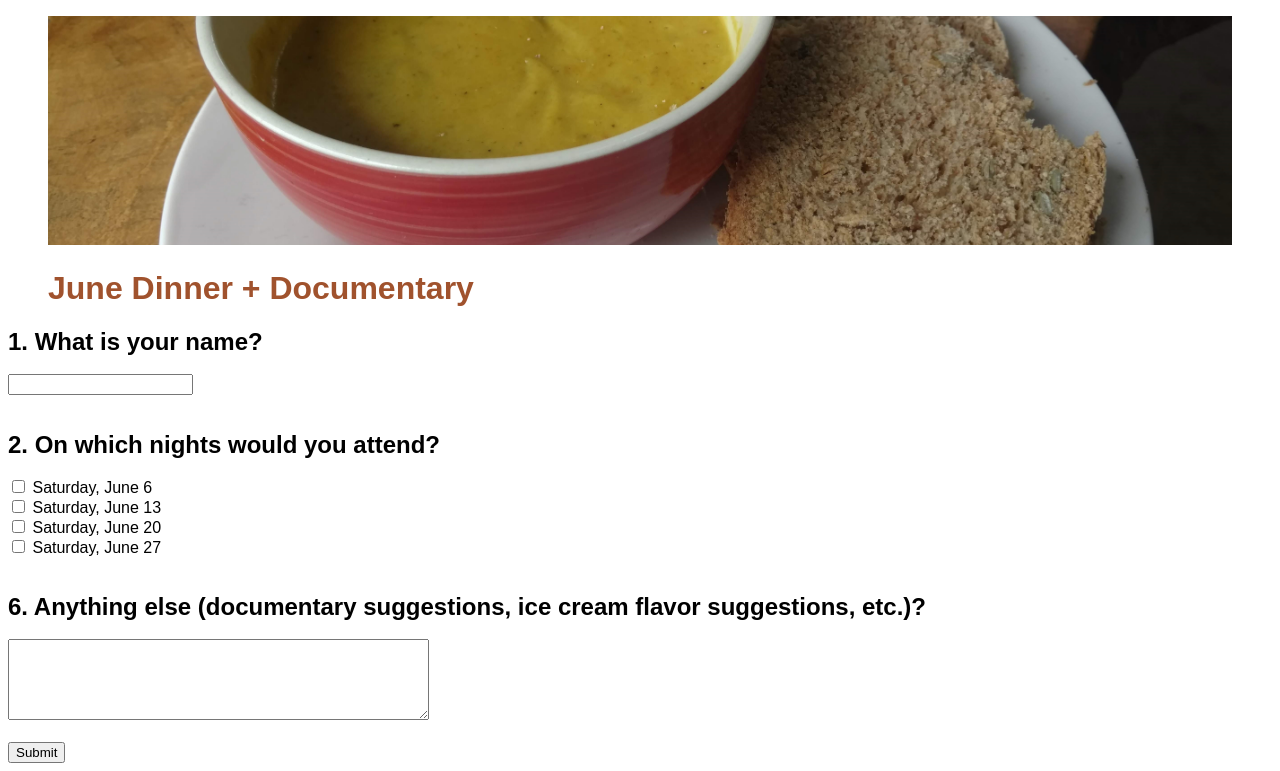
Repository: bhuhmann/event-survey
Page: survey.html
An editor plug-in stored every save of this project. The page is shown before and after the next save, followed by the edit.
The browser window is 1280 px wide. The pictures show the whole page.

Above is the page before, as saved 2020-04-01 17:51:15.

### survey.html
<!DOCTYPE html>
<html>

    <head>
        <title>June Dinner + Documentary</title>
        <link href="style.css" rel="stylesheet" type="text/css">
    </head>

    <header>
        <figure>
            <img src="image/bread_soup_crop3.jpg" alt="Bread and soup" style="width:100%;">
            <h1>June Dinner + Documentary</h1>
        </figure>
    </header>

    <body>
        <!--TODO: form needs an action="" something, but I don't know how this works yet-->
        <form method="GET">
            <!--TODO: consider if further data validation would be useful-->
            <!--TODO: can I make automatic numbering happen so that I can easily reorder/add/remove questions?-->
            <!--TODO: make question font larger than answer font-->
            <label for="name" class="question">1. What is your name?</label>
            <br>
            <br>
            <input id="name" type="text" name="name" required>
            <br>
            <br>
            <br>
            <span class="question">2. On which nights would you attend?</span>
            <br>
            <br>
            <!--TODO: consider what date value should be for proper input into database-->
            <input id="june-6" type="checkbox" name="dates" value="Saturday, June 6">
            <label for="june-6">Saturday, June 6</label>
            <br>
            <input id="june-13" type="checkbox" name="dates" value="Saturday, June 13">
            <label for="june-13">Saturday, June 13</label>
            <br>
            <input id="june-20" type="checkbox" name="dates" value="Saturday, June 20">
            <label for="june-20">Saturday, June 20</label>
            <br>
            <input id="june-27" type="checkbox" name="dates" value="Saturday, June 27">
            <label for="june-27">Saturday, June 27</label>
            <br>
            <br>
            <!--The idea for the ranked-choice options is to do a drag-and-drop implementation similar to what
            Survey Monkey has currently. Specifically, when a person drags and drops an item, the numbers of
            all the items get initially set. Similar to the current implementation, the idea is that people
            can also use a dropdown to select a specific rank for any particular item. However, we should have some
            check for / enforced agreement between manually set rank and drag-and-drop rank. Additionally,
            unlike the current Survey Monkey implementation, we should allow for ties (maybe?) and allow for
            unranked items. For the actual vote tallying, Kevin suggests Condorcet.-->
            <!--Please rank the films in order of preference. Maybe drag and drop, probably requires JS?-->
            <!--Please rank the main dishes in order of preference. Maybe drag and drop, probably requires JS?-->
            <!--Please rank the ice cream flavors in order of preference. Maybe drag and drop, probably requires JS?-->
            <br>
            <label for="anything" class="question">6. Anything else (documentary suggestions, ice cream flavor suggestions, etc.)?</label>
            <br>
            <br>
            <textarea id="anything" name="free-response" rows="5" cols="50"></textarea>
            <br>
            <br>
            <input type="submit">
        </form>
    </body>

</html>

### style.css
h1 {
    color: sienna;
    font-family: Arial;
}

body {
    font-family: Arial;
}

.image {
    background-image: "banner_photo.jpg";
    background-size: cover;
    background-position: center;
    height: 300px;
  }

.question {
    font-size: 24px;
    font-weight: bold;
}

After the next save:
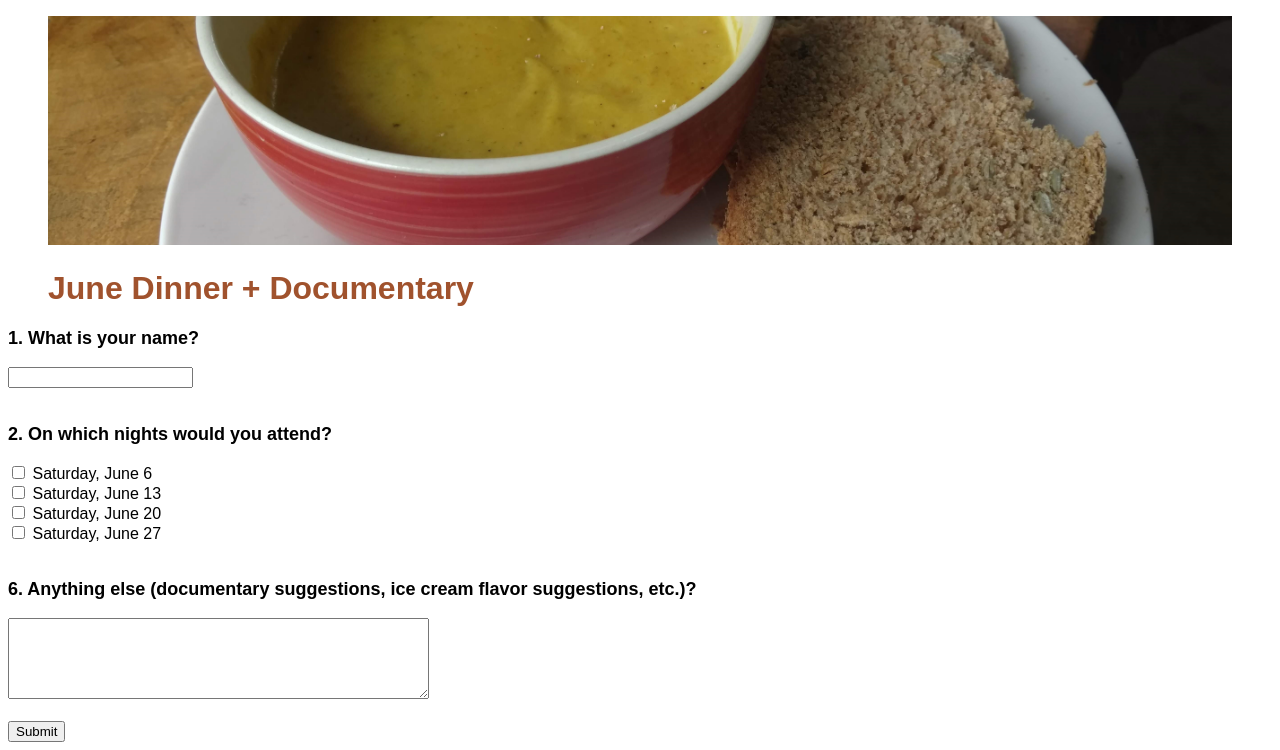
Saved 1 s later.
--- a/style.css
+++ b/style.css
@@ -15,6 +15,6 @@ body {
   }
 
 .question {
-    font-size: 24px;
+    font-size: 18px;
     font-weight: bold;
 }
